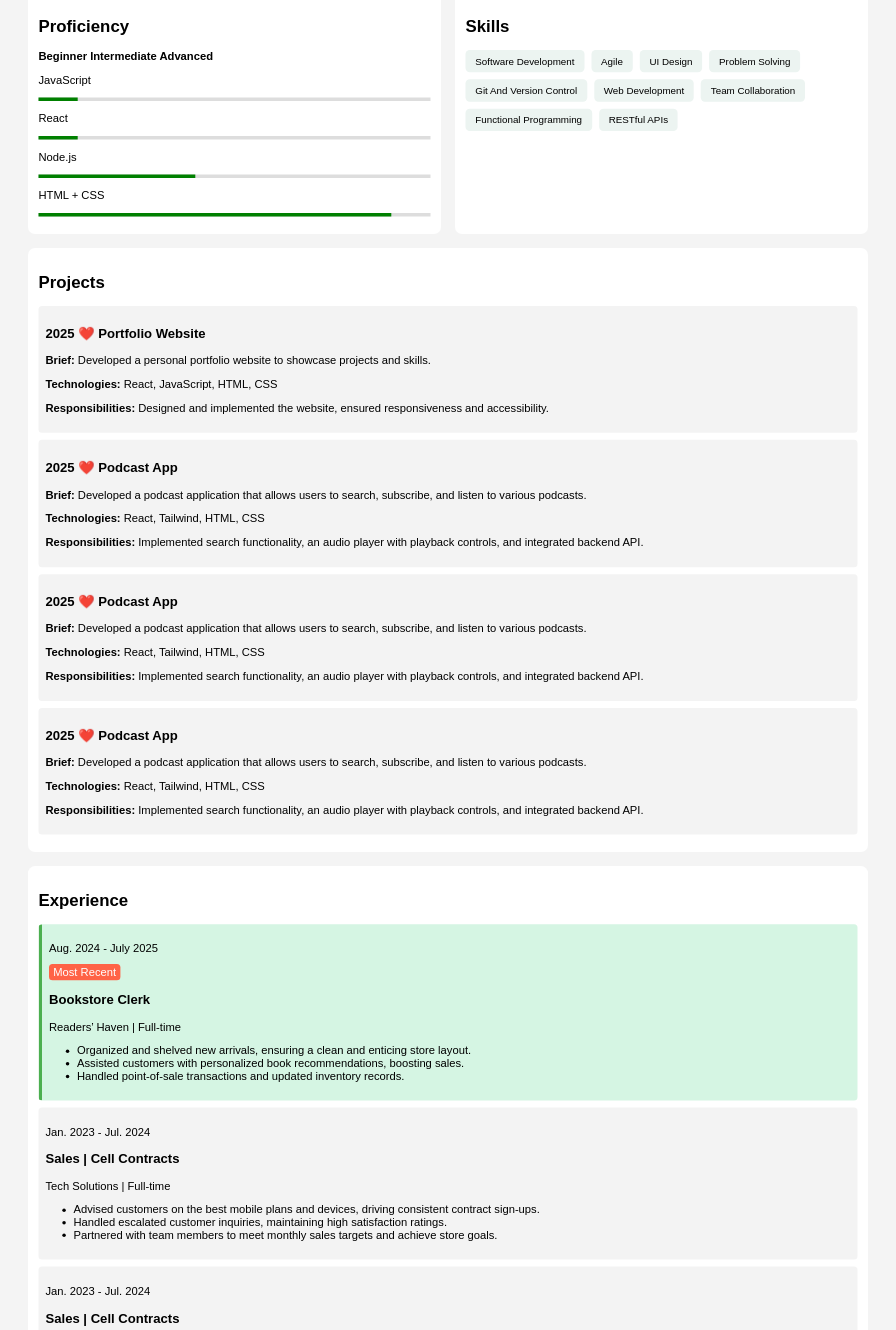
Repository: andajonas/ANDJON25111_fto2502_A2_AndaJonas_SDF_Portfolio_Piece
Page: index.html
An editor plug-in stored every save of this project. The page is shown before and after a run of saves, followed by the edit.
The browser window is 1280 px wide. The pictures show the part of the page from y = 215 to 2115 px (the page is 2402 px tall), at 70% of full size.
A picture or video elsewhere on the page could not be fetched, so the positions and the page height are approximate.

Above is the page before, as saved 2025-04-03 17:40:06.

### index.html
<!DOCTYPE html>
<html lang="en">
<head>
    <meta charset="UTF-8">
    <meta name="viewport" content="width=device-width, initial-scale=1.0">
    <title>Developer Resume</title>
    <link rel="stylesheet" href="styles.css">
</head>
<body>

<div class="container">
    <!-- Profile Section -->
    <section class="profile">
        <img src="profile.jpg" alt="Profile Picture" class="profile-pic">
        <div class="profile-info">
            <h1>Anda Jonas</h1>
            <p>I am a beginner Software Developer passionate about building clean and responsive websites that are aesthetically pleasing as well as functional. I am always seeking to refine my skills and stay up to date with the latest trends.</p>
        </div>
    </section>

    <!-- Proficiency and Skills Section -->
    <section class="skills-container">
        <div class="proficiency">
            <h2>Proficiency</h2>
            <p><strong>Beginner Intermediate Advanced</strong></p>
            <p>JavaScript</p><div class="bar"><div class="progress" style="width: 10%;"></div></div>
            <p>React</p><div class="bar"><div class="progress" style="width: 10%;"></div></div>
            <p>Node.js</p><div class="bar"><div class="progress" style="width: 40%;"></div></div>
            <p>HTML + CSS</p><div class="bar"><div class="progress" style="width: 90%;"></div></div>
        </div>

        <div class="skills">
            <h2>Skills</h2>
            <div class="skill-tags">
                <span class="skill-item">Software Development</span>
                <span class="skill-item">Agile</span>
                <span class="skill-item">UI Design</span>
                <span class="skill-item">Problem Solving</span>
                <span class="skill-item">Git And Version Control</span>
                <span class="skill-item">Web Development</span>
                <span class="skill-item">Team Collaboration</span>
                <span class="skill-item">Functional Programming</span>
                <span class="skill-item">RESTful APIs</span>
            </div>
        </div>
    </section>

    <!-- Projects Section -->
    <section class="projects">
        <h2>Projects</h2>
        <div class="project-card">
            <h3>2025 ❤️ Portfolio Website</h3>
            <p><strong>Brief:</strong> Developed a personal portfolio website to showcase projects and skills.</p>
            <p><strong>Technologies:</strong> React, JavaScript, HTML, CSS</p>
            <p><strong>Responsibilities:</strong> Designed and implemented the website, ensured responsiveness and accessibility.</p>
        </div>

        <div class="project-card">
            <h3>2025 ❤️ Podcast App</h3>
            <p><strong>Brief:</strong> Developed a podcast application that allows users to search, subscribe, and listen to various podcasts.</p>
            <p><strong>Technologies:</strong> React, Tailwind, HTML, CSS</p>
            <p><strong>Responsibilities:</strong> Implemented search functionality, an audio player with playback controls, and integrated backend API.</p>
        </div>

        <div class="project-card">
            <h3>2025 ❤️ Podcast App</h3>
            <p><strong>Brief:</strong> Developed a podcast application that allows users to search, subscribe, and listen to various podcasts.</p>
            <p><strong>Technologies:</strong> React, Tailwind, HTML, CSS</p>
            <p><strong>Responsibilities:</strong> Implemented search functionality, an audio player with playback controls, and integrated backend API.</p>
        </div>

        <div class="project-card">
            <h3>2025 ❤️ Podcast App</h3>
            <p><strong>Brief:</strong> Developed a podcast application that allows users to search, subscribe, and listen to various podcasts.</p>
            <p><strong>Technologies:</strong> React, Tailwind, HTML, CSS</p>
            <p><strong>Responsibilities:</strong> Implemented search functionality, an audio player with playback controls, and integrated backend API.</p>
        </div>
    </section>

    <!-- Experience Section -->
    <section class="experience">
        <h2>Experience</h2>
        <div class="experience-card green">
            <div class="exp-header">
                <p class="date">Aug. 2024 - July 2025</p>
                <span class="tag">Most Recent</span>
            </div>
            <h3>Bookstore Clerk</h3>
            <p class="company">Readers’ Haven | Full-time</p>
            <ul>
                <li>Organized and shelved new arrivals, ensuring a clean and enticing store layout.</li>
                <li>Assisted customers with personalized book recommendations, boosting sales.</li>
                <li>Handled point-of-sale transactions and updated inventory records.</li>
            </ul>
        </div>

        <div class="experience-card">
            <p class="date">Jan. 2023 - Jul. 2024</p>
            <h3>Sales | Cell Contracts</h3>
            <p class="company">Tech Solutions | Full-time</p>
            <ul>
                <li>Advised customers on the best mobile plans and devices, driving consistent contract sign-ups.</li>
                <li>Handled escalated customer inquiries, maintaining high satisfaction ratings.</li>
                <li>Partnered with team members to meet monthly sales targets and achieve store goals.</li>
            </ul>
        </div>
        <div class="experience-card">
            <p class="date">Jan. 2023 - Jul. 2024</p>
            <h3>Sales | Cell Contracts</h3>
            <p class="company">Tech Solutions | Full-time</p>
            <ul>
                <li>Advised customers on the best mobile plans and devices, driving consistent contract sign-ups.</li>
                <li>Handled escalated customer inquiries, maintaining high satisfaction ratings.</li>
                <li>Partnered with team members to meet monthly sales targets and achieve store goals.</li>
            </ul>
        </div>
    </section>

    <!-- Contact Section -->
    <section class="contact">
        <p class="contact-text">Let’s chat! I’m ready to work on exciting projects.</p>
        <p class="contact-links">
            <a href="mailto:andajonas63@gmail.com">andajonas63@gmail.com</a> |
            <a href="tel:+27655461522"> 065 546 1522</a> |
            <a href="https://www.linkedin.com/in/anda-jonas/" target="_blank" rel="noopener noreferrer">LinkedIn</a> |
            <a href="https://github.com/andajonas" target="_blank" rel="noopener noreferrer"> GitHub</a>
        </p>
    </section>
</div>

</body>
</html>

### styles.css
/* General Layout */
body {
    font-family: Arial, sans-serif;
    margin: 0;
    padding: 0;
    background: #f4f4f4;
}

.container {
    max-width: 1200px;
    margin: auto;
    display: flex;
    flex-direction: column;
    gap: 20px;
}

/* Profile Section */
.profile {
    display: flex;
    align-items: center;
    padding: 20px;
    background: white;
    border-radius: 10px;
}

.profile-pic {
    width: 144px;
    height: 144px;
    border-radius: 24px;
    object-fit: cover;
    margin-right: 20px;
}

/* Skills Section */
.skills-container {
    display: flex;
    gap: 20px;
}

.proficiency, .skills {
    background: white;
    padding: 15px;
    border-radius: 10px;
    width: 50%;
}

.bar {
    width: 100%;
    height: 5px;
    background: #ddd;
    margin-bottom: 10px;
}

.progress {
    height: 5px;
    background: green;
}

.skill-tags {
    display: flex;
    flex-wrap: wrap;
    gap: 10px;
}

.skill-item {
    background: #ecf4f1;
    padding: 8px 14px;
    border-radius: 6px;
    font-size: 14px;
    display: inline-block;
}

/* Projects Section */
.projects {
    background: white;
    padding: 15px;
    border-radius: 10px;
    display: grid;
}

.project-card {
    background: #f3f3f3;
    padding: 10px;
    border-radius: 5px;
    margin-bottom: 10px;
}

/* Experience Section */
.experience {
    background: white;
    padding: 15px;
    border-radius: 10px;
}

.experience-card {
    background: #f3f3f3;
    padding: 10px;
    border-radius: 5px;
    margin-bottom: 10px;
}

.green {
    background: #d5f5e3;
    border-left: 5px solid #4caf50;
}

.tag {
    background: #ff6347;
    color: white;
    padding: 3px 6px;
    border-radius: 5px;
}

/* Contact Section */
.contact {
    background: #d35d36;
    color: white;
    text-align: center;
    padding: 15px;
    border-radius: 10px;
}

.contact-links a {
    color: white;
    font-weight: bold;
    text-decoration: none;
}

After the next 2 saves:
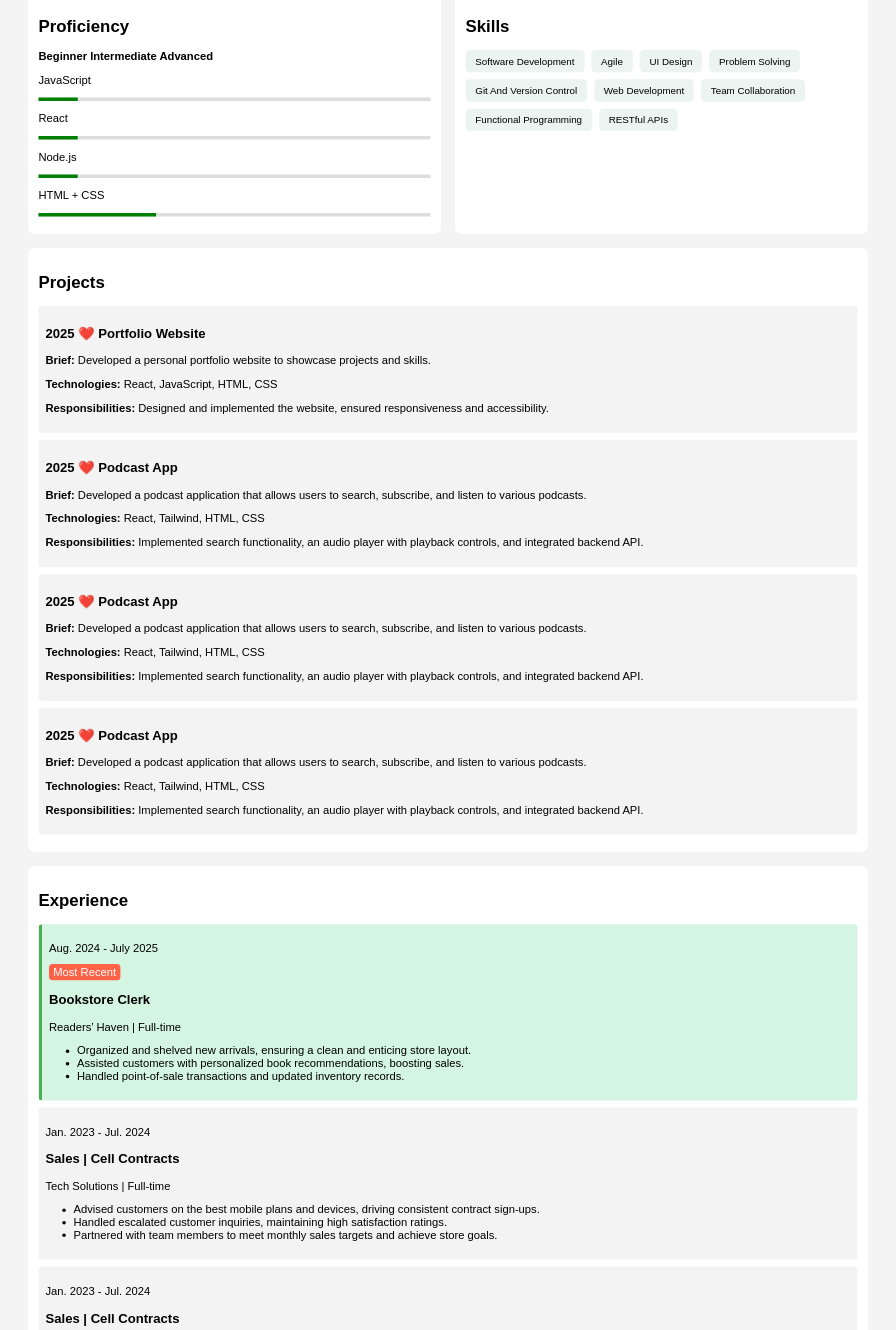
The 2 saves are shown as one change because they came seconds apart.
The last was saved 7 s later.
--- a/index.html
+++ b/index.html
@@ -25,8 +25,8 @@
             <p><strong>Beginner Intermediate Advanced</strong></p>
             <p>JavaScript</p><div class="bar"><div class="progress" style="width: 10%;"></div></div>
             <p>React</p><div class="bar"><div class="progress" style="width: 10%;"></div></div>
-            <p>Node.js</p><div class="bar"><div class="progress" style="width: 40%;"></div></div>
-            <p>HTML + CSS</p><div class="bar"><div class="progress" style="width: 90%;"></div></div>
+            <p>Node.js</p><div class="bar"><div class="progress" style="width: 10%;"></div></div>
+            <p>HTML + CSS</p><div class="bar"><div class="progress" style="width: 30%;"></div></div>
         </div>
 
         <div class="skills">
